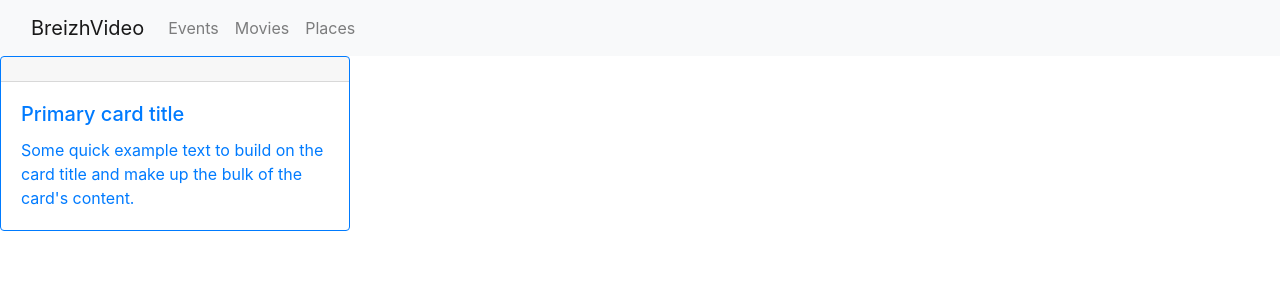
Repository: romgrm/Hackaton_BreizhVideo_FRONT
Page: /Movies
The author's editor kept a copy of each file at every save. The page is drawn from the files as they stood at one save, then again after the next save.
The browser window is 1280 px wide. The pictures show the whole page.
The page's requests for data from a server got no answer. The project was rebuilt for these pictures with package versions that can differ from the ones it lists, and the page was loaded fresh each time. No one was signed in, and anything a server would have sent is missing. Also part of the build but not shown: src/Components/Events.js, src/Components/Village.js.

Above is the page before, as saved 2020-12-21 16:07:22.

After the next save:
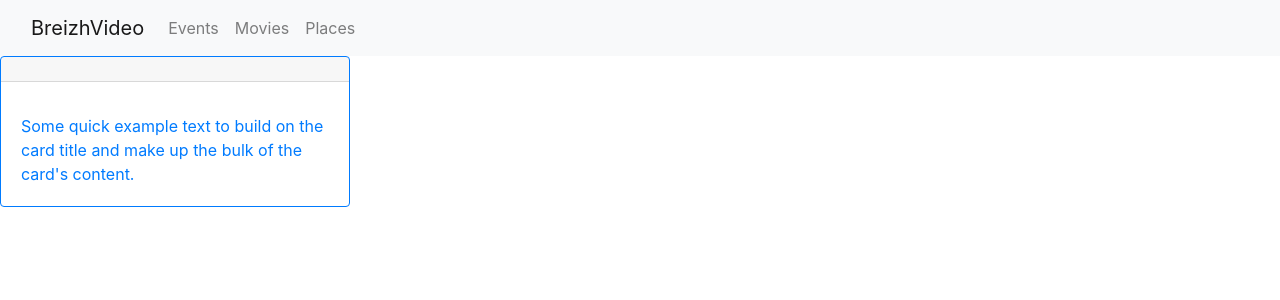
Saved 2 min 55 s later.
--- a/src/Components/Films.js
+++ b/src/Components/Films.js
@@ -27,7 +27,9 @@ export default function Films() {
                     current.title
                     ))}</div>
                 <div class="card-body text-primary">
-                    <h5 class="card-title">Primary card title</h5>
+                    <h5 class="card-title">{film.map((current) => (
+                    current.title
+                    ))}</h5>
                     <p class="card-text">Some quick example text to build on the card title and make up the bulk of the card's content.</p>
                 </div>
             </div>
